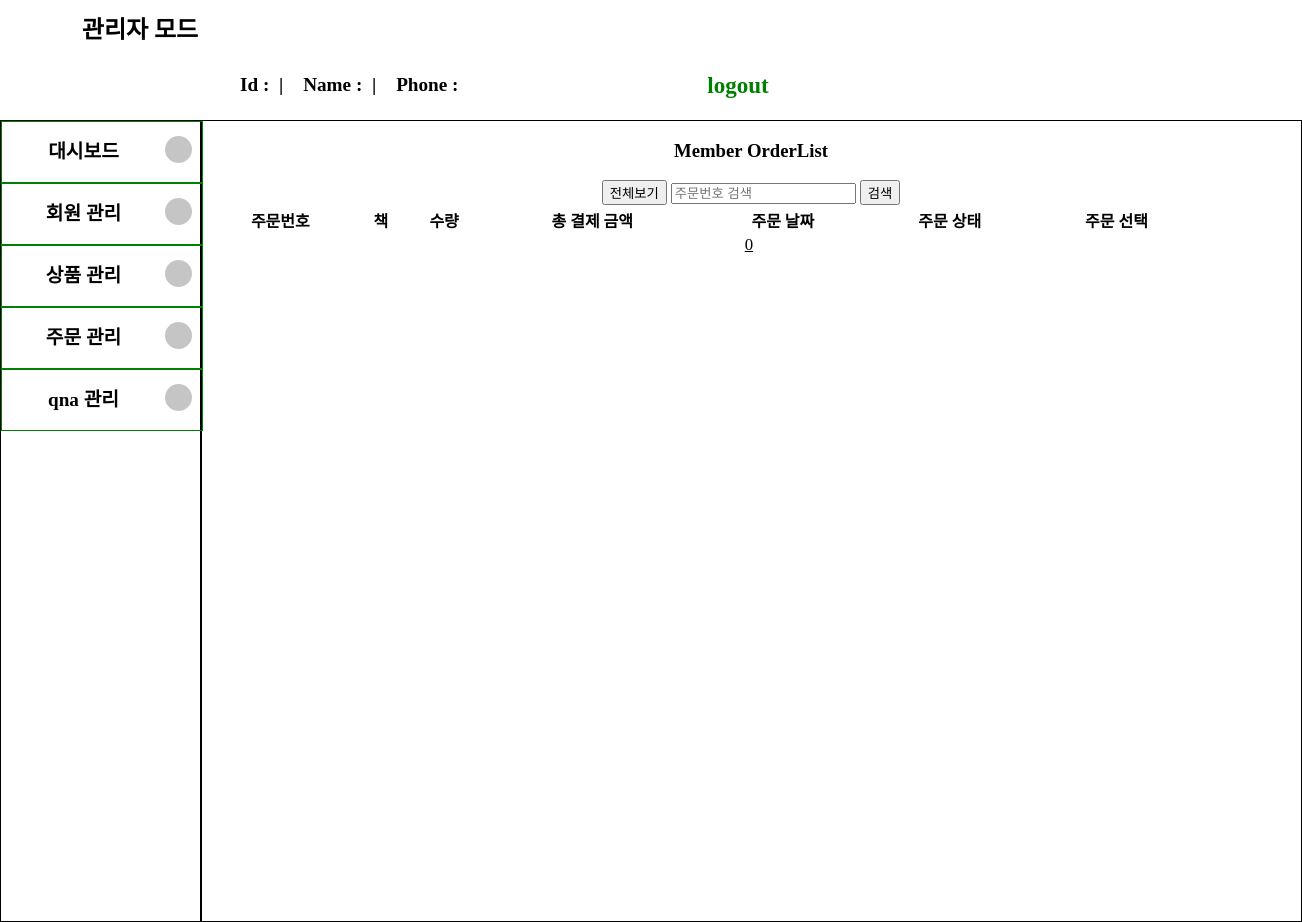
Repository: GreenShrew/SmallProject
Page: http://localhost/BookStore/admin/order/orderList.jsp
The author's editor kept a copy of each file at every save. The page is drawn from the files as they stood at one save, then again after the next save.
The browser window is 1280 px wide. The page is 1302 px wide, so the pictures cover 1302 px, including what lies to the right of the window. The pictures show the whole page.
Pictures or frames that could not be fetched are drawn as grey boxes. The page is served by Tomcat 9. Other server files are loaded and not shown. The template is opened directly, without the code that normally fills it, so the values that code supplies are empty.

Above is the page before, as saved 2022-02-22 05:04:04.

### BookStore/src/main/webapp/admin/order/orderList.jsp
<%@ page language="java" contentType="text/html; charset=UTF-8"
    pageEncoding="UTF-8"%>
<%@ include file="../adminHeader.jsp" %>

<div id="adminBox" style="width:1100px;">
	<h3>Member OrderList</h3>
	<form name="form" method="post">
		<input type="button" name="button_search" value="전체보기" onClick="go_ListTotal('adminOrderList')">
		<input type="text" name="key" value="${key}" placeholder="주문번호 검색">
		<input type="button" name="button_search" value="검색" onClick="">
	</form>

	<table id="productList" style="width:1000px;">
		<tr>
			<th>주문번호</th>
			<th>책</th>
			<th>수량</th>
			<th>총 결제 금액</th>
			<th>주문 날짜</th>
			<th>주문 상태</th>
			<th>주문 선택</th>
		</tr>
		<c:forEach items="${orderList }" var="ovo">
			<c:if test="${ovo.result==1 || ovo.result==2 || ovo.result==3}">
			<tr>
				<td style="height:64px">${ovo.odseq}</td>
				<td><a href="bs.do?cmd=adminProductDetail&bseq=${ovo.bseq}">${ovo.bname }</a></td>
				<td>${ovo.quantity }</td>
				<td><fmt:formatNumber value="${ovo.price*ovo.quantity}" type="currency"/></td>
				<td><fmt:formatDate value="${ovo.indate }" type="date"/></td>
				<td>
					<c:if test="${ovo.result==1}">주문 접수</c:if>
					<c:if test="${ovo.result==2}">배송 준비</c:if>
					<c:if test="${ovo.result==3}">배송중</c:if>
				</td>
				<td><input type="checkbox" name="orderCheck"></td>
			</tr>
			</c:if>
		</c:forEach>
	</table>

	<jsp:include page="/admin/paging/admin_paging.jsp">
	 	<jsp:param name="cmd" value="bs.do?cmd=adminOrderList" />
	 </jsp:include>
</div>


<%@ include file="../adminFooter.jsp" %>

### BookStore/src/main/webapp/admin/adminHeader.jsp
<%@ page language="java" contentType="text/html; charset=UTF-8"
    pageEncoding="UTF-8"%>
<%@ taglib prefix="c" uri="http://java.sun.com/jsp/jstl/core" %>
<%@ taglib prefix="fmt" uri="http://java.sun.com/jsp/jstl/fmt" %>

<!DOCTYPE html>
<html>
<head>
<meta charset="UTF-8">
<title>Admin</title>
<link rel="stylesheet" href="admin/css/admin.css">
<script src="script/jquery-3.6.0.js"></script>
<script src="admin/script/admin_script.js"></script>
</head>
<body>

<div id="adminFrame">
	<header>
		<h2>관리자 모드</h2>
		<ul>
			<li>Id : ${loginAdmin.id }&nbsp;|</li>
			<li>Name : ${loginAdmin.name}&nbsp;|</li>
			<li>Phone : ${loginAdmin.phone}&nbsp;</li>
			<li><a href="bs.do?cmd=adminLogout">logout</a></li>
		</ul>
	</header>




<!-- </div> -->

### BookStore/src/main/webapp/admin/adminFooter.jsp
<%@ page language="java" contentType="text/html; charset=UTF-8" pageEncoding="UTF-8"%>

<!-- admin side bar -->
<div id="adminSideBar">
	<ul>
		<li class="sideList">
			<div class="sideTitle">
				<span>대시보드</span>
				<div class="listbutton"></div>
			</div>
			<ul>
				<li><a href="bs.do?cmd=adminMain">Main</a></li>
				<li><a href="bs.do?cmd=adminNoticeList">공지사항 목록</a></li>
				<li><a href="bs.do?cmd=adminAdminMemUpdate">관리자계정수정</a></li>
			</ul>
		</li>
		<li class="sideList">
			<div class="sideTitle">
				<span>회원 관리</span>
				<div class="listbutton"></div>
			</div>
			<ul>
				<li><a href="bs.do?cmd=adminMemberList">회원목록</a></li>
				<li><a href="bs.do?cmd=adminMemberList&key=n">휴면계정</a></li>
				<li><a href="bs.do?cmd=adminMemberUpdate">회원수정</a></li>
			</ul>
		</li>
		<li class="sideList">
			<div class="sideTitle">
				<span>상품 관리</span>
				<div class="listbutton"></div>
			</div>
			<ul>
				<li><a href="bs.do?cmd=adminProductList&sub=y">상품목록</a></li>
				<li><a href="bs.do?cmd=adminProductBestList">베스트상품</a></li>
				<li><a href="bs.do?cmd=adminProductUpload">상품등록</a></li>
			</ul>
		</li>
		<li class="sideList">
			<div class="sideTitle">
				<span>주문 관리</span>
				<div class="listbutton"></div>
			</div>
			<ul>
				<li><a href="bs.do?cmd=adminOrderList">주문목록</a></li>
				<li><a href="bs.do?cmd=adminOrderList&key=2">처리완료 주문</a></li>
				<li><a href="bs.do?cmd=adminOrderList&key=1">미처리 주문</a></li>
				<li><a href="bs.do?cmd=adminNMOrderList">비회원 주문목록</a></li>
			</ul>
		</li>
		<li class="sideList">
			<div class="sideTitle">
				<span>qna 관리</span>
				<div class="listbutton"></div>
			</div>
			<ul>
				<li><a href="bs.do?cmd=adminQnaList">qna 목록</a></li>
				<li><a href="#">처리완료 주문</a></li>
				<li><a href="#">미처리 주문</a></li>
				<li><a href="#">비회원 주문목록</a></li>
			</ul>
		</li>
	</ul>
</div>


 <!-- adminFrame -->
<!--  -->
</div>
</body>
</html>

### BookStore/src/main/webapp/admin/paging/admin_paging.jsp
<%@ page language="java" contentType="text/html; charset=UTF-8"
    pageEncoding="UTF-8"%>
<%@ taglib prefix="c" uri="http://java.sun.com/jsp/jstl/core" %>
<!DOCTYPE html>
<html>
<head>
<meta charset="UTF-8">
<title>paging</title>
<style type="text/css">
	body{text-align:center;}
	#paging{position:relative; float:left; width:700px; height:30px; font-size:105%; padding-left:200px;}
	#paging span{padding:4px; line-height:30px; }
	#paging a{color:black; padding:4px;}
</style>
</head>
<body>
<div id="paging">
	<c:url var="action" value="${param.cmd }"/>
	<c:if test="${paging.prev}">
		<a href="${action }&page=1">◀◀</a>
	</c:if>
	<c:if test="${paging.prev }">
		<a href="${action}&page=${paging.beginPage-1 }">◀</a>
	</c:if>
	<c:forEach begin="${paging.beginPage }" end="${paging.endPage }" var="index">
		<c:choose>
			<c:when test="${paging.page == index }">
				<span style="color:green; font-weight:bold;">${index }</span>&nbsp;
			</c:when>
			<c:otherwise>
				<a href="${action }&page=${index}&key=${key}">${index }</a>&nbsp;
			</c:otherwise>
		</c:choose>
	</c:forEach>
	<c:if test="${paging.next }">
		<a href="${action}&page=${paging.endPage+1 }">▶</a>
	</c:if>
	<c:if test="${paging.end}">
		<a href="${action }&page=${paging.totalPage }">▶▶</a>
	</c:if>
</div>
</body>
</html>

### BookStore/src/main/webapp/admin/css/admin.css
@charset "UTF-8";

/* admin_index */
.clear{clear:both;}

body{background-color: white; margin:0px; padding:0px;}

#wrap{width:700px; height:300px; margin:0 auto; text-align:center;}
#wrap article div form{margin-top:200px;}
#wrap article div form img{position:relative; float:left; }
.box{position:relative; float:left; height:117px;background-color:#4466c9;}
.boxLeft{position:relative; float:left; width:200px; height:42px; line-height:42px; margin:6px 0 0 0;}
.boxLeft label{color:white; font-weight:bold;}
.boxLeft input{outline:none;}
.msg{position:relative; float:left; width:200px; heigth:16px; line-height:16px; color:yellow; font-weight:bold;}
.boxRight{position:relative; float:left; width:100px; height:117px;}
.btn{position:relative; float:left;width:90px; height:90px; line-height:90px; font-size:120%;
font-weight:bold; margin:13px 0 0 5px; color:white; border:1px solid white;background-color:#4466c9;}

/* amdinHeader */
header h2{width:200px;margin:0px; padding:10px; padding-left:40px;}
header ul{position: absolute; width:900px; height:60px; left:200px; margin:0 auto;}
header ul li{ display:block; height:60px; float:left;font-size:120%; line-height:60px; margin-right:20px;font-weight: bold; }
header ul li:last-child{margin-left:200px;}
header a { text-decoration: none; display: inline-block; font-size:120%;width: 100px; text-align: center; color:green; font-weight: bold; }
header a:hover {text-decoration:underline;}

/* adminMain */
#adminBox {position:absolute; top: 120px; left:200px; width:900px; height:800px;border:1px solid black;}
#adminBox h2{padding-left:20px;}
#adminBox label a{position:absolute; right:10px; color:green; text-decoration:none;}
#adminBox a:hover{text-decoration:underline;}

.mainNotice {position:relative; float:left; width:600px; height:240px;padding-left:30px;margin:10px;}
.mainNotice label{position:relative; float:left; width:600px; height:40px; font-weight:bold; line-height:40px;
font-size:120%; border-bottom:1px solid black;}
.mainNotice span{position:relative; float:left; width:500px; height:30px; line-height:30px; font-size:90%;
overflow: hidden;text-overflow: ellipsis;white-space: nowrap;}

.mainTotal{position:relative; float:left; width:300px; height:180px; padding-left:10px; border:1px solid black;
margin:10px 20px 10px 10px;}
.mainTotal label{position:relative; float:left; width:280px; height:40px; font-weight:bold; line-height:40px;
font-size:120%; padding:10px;}
.mainTotal span{position:relative; float:left; width:300px; height:100px; line-height:150px; font-size:300%;
margin:0 auto; padding: 10px 50px 20px; text-align:center;}

/* admin side bar in adminFooter.jsp */
#adminSideBar{position:absolute; top:120px; width:200px;height:800px; border:1px solid black;margin:0px; padding:0px;}
#adminSideBar ul{list-style:none; padding:0px; margin:0px; display:inline-block;}

.sideList{position:relative; height:50px; padding-bottom:10px;border:1px solid green; /* */}
.sideTitle{position:relative; width:200px; height:40px;}
.listbutton{position:relative; float:right; margin:14px 10px 0 0;width:27px; height:27px; border-radius:50%; overflow:hidden;
opacity:0.6;background-position:-270px 0px; background-image:url(../admin_img/ico_btn.png);}
.sideList span{position:relative; top:10px;width:200px; height:40px;font-size:120%; font-weight:bold;margin:5px;
line-height:40px;}
.sideTitle:hover{text-decoration:underline; font-size:105%;}
.sideList ul{ width:200px; height:1px;margin:2px;visibility:hidden;}
.sideList ul li{width:200px; height:30px;padding-left:10px; margin-top:10px;}
.sideList ul li a{text-decoration:none; color:black;}
.sideList ul li a:hover{text-decoration:underline; font-weight:bold;font-size:105%;}

/* admin productList */
#admin_ProductDetail>li{margin:10px 0px 10px 20px;}


/* adminFooter */

### BookStore/src/main/webapp/admin/script/admin_script.js
/**
 *
 */

/* admin login */
function adminCheck(){
	  if(document.frm.adminId.value==""){
	      	alert("아이디를 입력하세요.");
	      	document.frm.adminId.focus();
	      	return false;
	  }else if(document.frm.adminPwd.value==""){
	     	alert("비밀번호를 입력하세요.");
	      	document.frm.adminPwd.focus();
	      	return false;
	  }
	  return true;
}


/* admin side bar action */
$(function(){
	$(".sideList").click(function(){
		var num = $(this).index(".sideList");
		$(".sideList").css({"height":"50px"});
		$(".sideList ul").css({"height":"1px","visibility":"hidden"});
		$(".sideList .listbutton").css({"transform":"rotate(0deg)"});
		$(".sideList").eq(num).css({"height":"200px"});
		$(".sideList ul").eq(num).css({"height":"130px","visibility":"visible"});
		$(".sideList .listbutton").eq(num).css({"transform":"rotate(90deg)"});
	});
});


/* admin product productList 220221 */
function go_productList(){
	location.href = "bs.do?cmd=adminProductList";
}

function go_ListTotal(cmd){
	document.form.key.value = "";
	document.form.action = "bs.do?cmd=" + cmd + "&sub=y";
	document.form.submit();
}

function go_prodcutListDetail(bseq){
	location.href = "bs.do?cmd=adminProductDetail&bseq=" + bseq;
}

function go_update_product(bseq){
	location.href = "bs.do?cmd=adminProductUpdateForm&bseq=" + bseq;
}

function go_update(){
	if(document.form.bname.value == ""){
		alert("제목 미입력");
		document.form.bname.focus();
	}else if(document.form.writer.value == ""){
		alert("작가 미입력");
		document.form.writer.focus();
	}else if(document.form.byear.value == ""){
		alert("출판년도 미입력");
		document.form.byear.focus();
	}else if(document.form.price.value == ""){
		alert("가격 미입력");
		document.form.price.focus();
	}else if(document.form.publisher.value == ""){
		alert("출판사 미입력");
		document.form.publisher.focus();
	}else if(document.form.genre_radio.value == ""){
		alert("장르 미선택");
		document.form.genre_radio.focus();
	}else if(document.form.content.value == ""){
		alert("내용 미입력");
		document.form.content.focus();
	}else if(document.form.image.value == ""){
		alert("표지 미선택");
		document.form.image.focus();
	}else{
		if(confirm("수정하시겠습니까?")){
			document.form.action = "bs.do?cmd=adminProductUpdate";
			document.form.submit();
		}
	}
}

function go_productUploadForm(){
	location.href = "bs.do?cmd=adminProductUploadForm";
}

function go_productUpload(){
	if(document.form.bname.value == ""){
		alert("제목 미입력");
		document.form.bname.focus();
	}else if(document.form.writer.value == ""){
		alert("작가 미입력");
		document.form.writer.focus();
	}else if(document.form.byear.value == ""){
		alert("출판년도 미입력");
		document.form.byear.focus();
	}else if(document.form.price.value == ""){
		alert("가격 미입력");
		document.form.price.focus();
	}else if(document.form.publisher.value == ""){
		alert("출판사 미입력");
		document.form.publisher.focus();
	}else if(document.form.content.value == ""){
		alert("내용 미입력");
		document.form.content.focus();
	}else if(document.form.image.value == ""){
		alert("표지 미선택");
		document.form.image.focus();
	}else{
		if(confirm("등록하시겠습니까?")){
			document.form.action = "bs.do?cmd=adminProductUpload";
			document.form.submit();
		}
	}
}

function go_delete_product(bseq){
	location.href = "bs.do?cmd=adminProductDelete&bseq=" + bseq;
}

Loaded but not shown: BookStore/src/main/webapp/script/jquery-3.6.0.js (library)

After the next save:
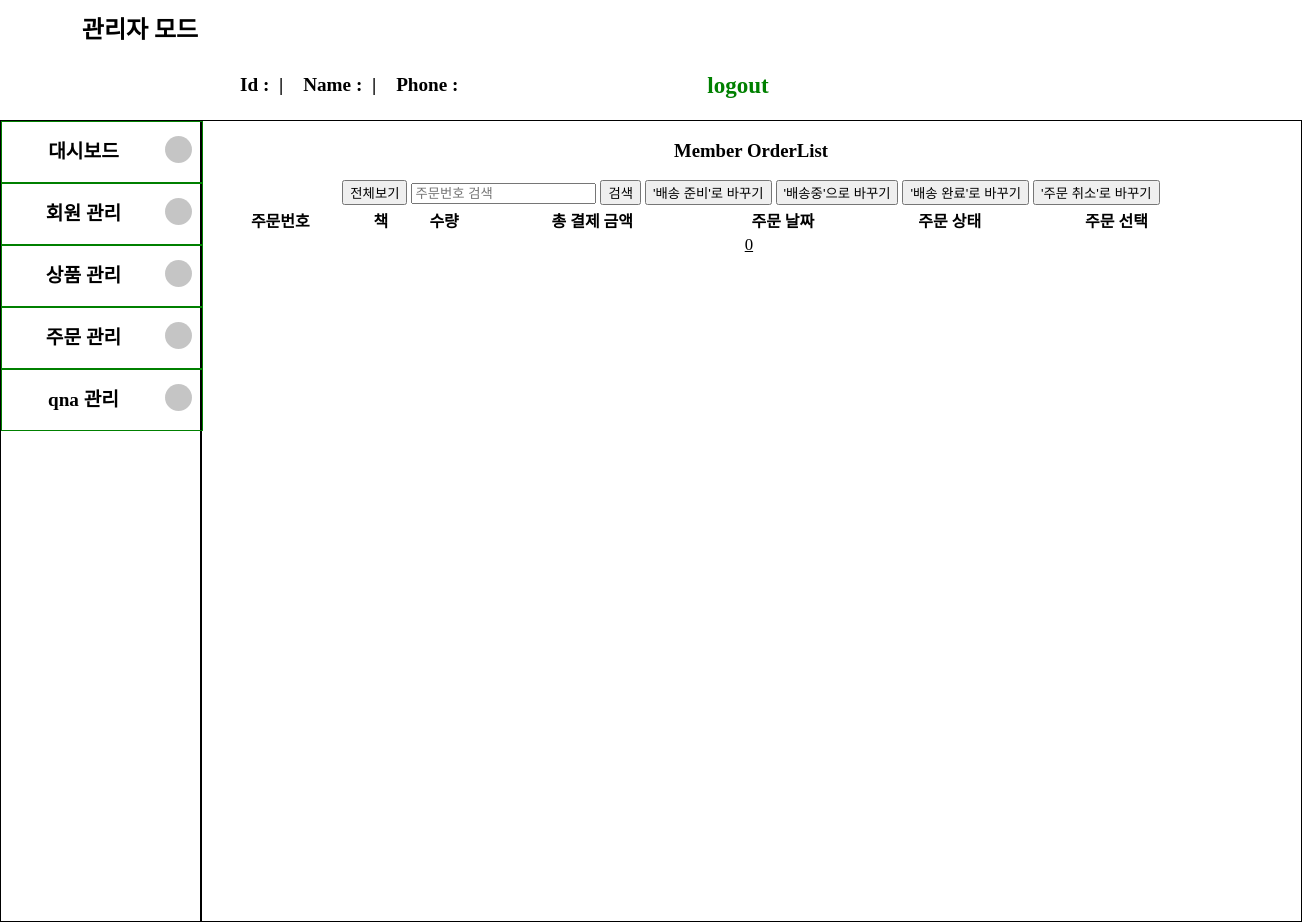
Saved 3 min 5 s later.
--- a/BookStore/src/main/webapp/admin/order/orderList.jsp
+++ b/BookStore/src/main/webapp/admin/order/orderList.jsp
@@ -8,6 +8,10 @@
 		<input type="button" name="button_search" value="전체보기" onClick="go_ListTotal('adminOrderList')">
 		<input type="text" name="key" value="${key}" placeholder="주문번호 검색">
 		<input type="button" name="button_search" value="검색" onClick="">
+		<input type="button" name="button_search" value="'배송 준비'로 바꾸기" onClick="orderChange(2);">
+		<input type="button" name="button_search" value="'배송중'으로 바꾸기" onClick="orderChange(3);">
+		<input type="button" name="button_search" value="'배송 완료'로 바꾸기" onClick="orderChange(4);">
+		<input type="button" name="button_search" value="'주문 취소'로 바꾸기" onClick="orderChange(5);">
 	</form>
 
 	<table id="productList" style="width:1000px;">
